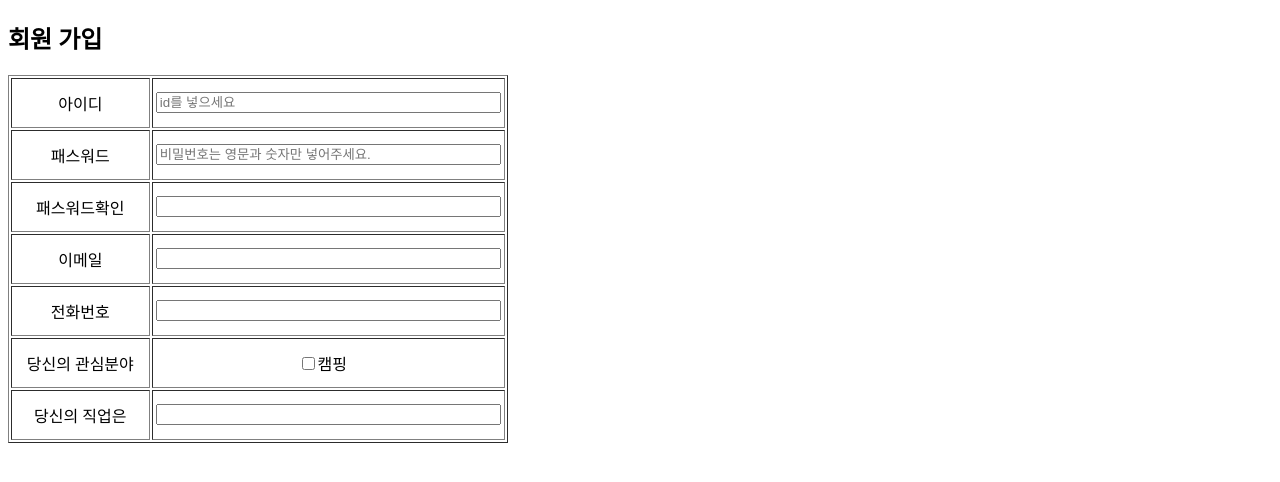
Repository: mungkeu/JSP_Web
Page: http://localhost/DataBase/MemberJoin.jsp
These files come from the project's save history. The page is drawn as it stood at one moment and after the next save; the edit follows.
The browser window is 1280 px wide. The pictures show the whole page.
The page is served by Tomcat 9. Other server files are loaded and not shown.

Above is the page before, as saved 2022-08-01 22:54:07.

### DataBase/src/main/webapp/MemberJoin.jsp
<%@ page language="java" contentType="text/html; charset=UTF-8"
    pageEncoding="UTF-8"%>
<!DOCTYPE html>
<html>
<head>
<meta charset="UTF-8">
<title>Insert title here</title>
</head>
<body>
	<h2> 회원 가입 </h2>
	<form action="" method="post">
	<table width="500" border="1">
	<tr height="50">
		<td width="150" align="center">아이디</td>
		<td width="350" align="center"><input type="text" name="id" size="40" placeholder="id를 넣으세요">
	</tr>
	<tr height="50">
		<td width="150" align="center">패스워드</td>
		<td width="350" align="center"><input type="password" name="pass1" size="40" placeholder="비밀번호는 영문과 숫자만 넣어주세요.">
	</tr>
	<tr height="50">
		<td width="150" align="center">패스워드확인</td>
		<td width="350" align="center"><input type="password" name="pass2" size="40">
	</tr>
	<tr height="50">
		<td width="150" align="center">이메일</td>
		<td width="350" align="center"><input type="email" name="email" size="40">
	</tr>
	<tr height="50">
		<td width="150" align="center">전화번호</td>
		<td width="350" align="center"><input type="tel" name="tel" size="40">
	</tr>
	<tr height="50">
		<td width="150" align="center">당신의 관심분야</td>
		<td width="350" align="center">
		<input type="checkbox" name="hobby" value="캠핑">캠핑 &nbsp;&nbsp;
		</td>
	</tr>
	<tr height="50">
		<td width="150" align="center">당신의 직업은</td>
		<td width="350" align="center"><input type="text" name="id" size="40"
	</tr>
	</table>
	</form>
</body>
</html>

After the next save:
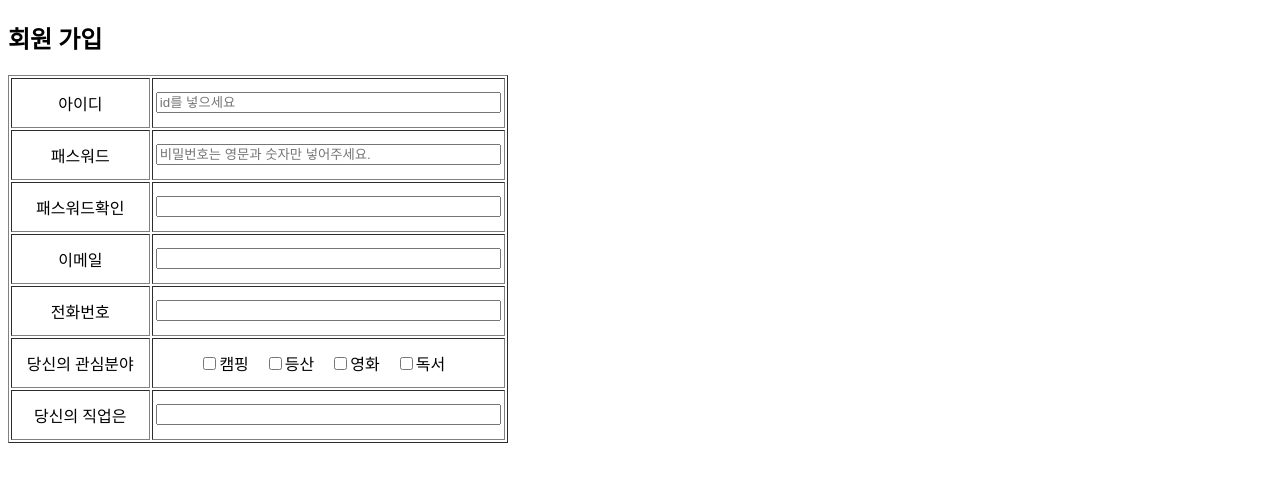
Saved 27 s later.
--- a/DataBase/src/main/webapp/MemberJoin.jsp
+++ b/DataBase/src/main/webapp/MemberJoin.jsp
@@ -34,6 +34,9 @@
 		<td width="150" align="center">당신의 관심분야</td>
 		<td width="350" align="center">
 		<input type="checkbox" name="hobby" value="캠핑">캠핑 &nbsp;&nbsp;
+		<input type="checkbox" name="hobby" value="등산">등산 &nbsp;&nbsp;
+		<input type="checkbox" name="hobby" value="영화">영화 &nbsp;&nbsp;
+		<input type="checkbox" name="hobby" value="독서">독서 &nbsp;&nbsp;
 		</td>
 	</tr>
 	<tr height="50">
